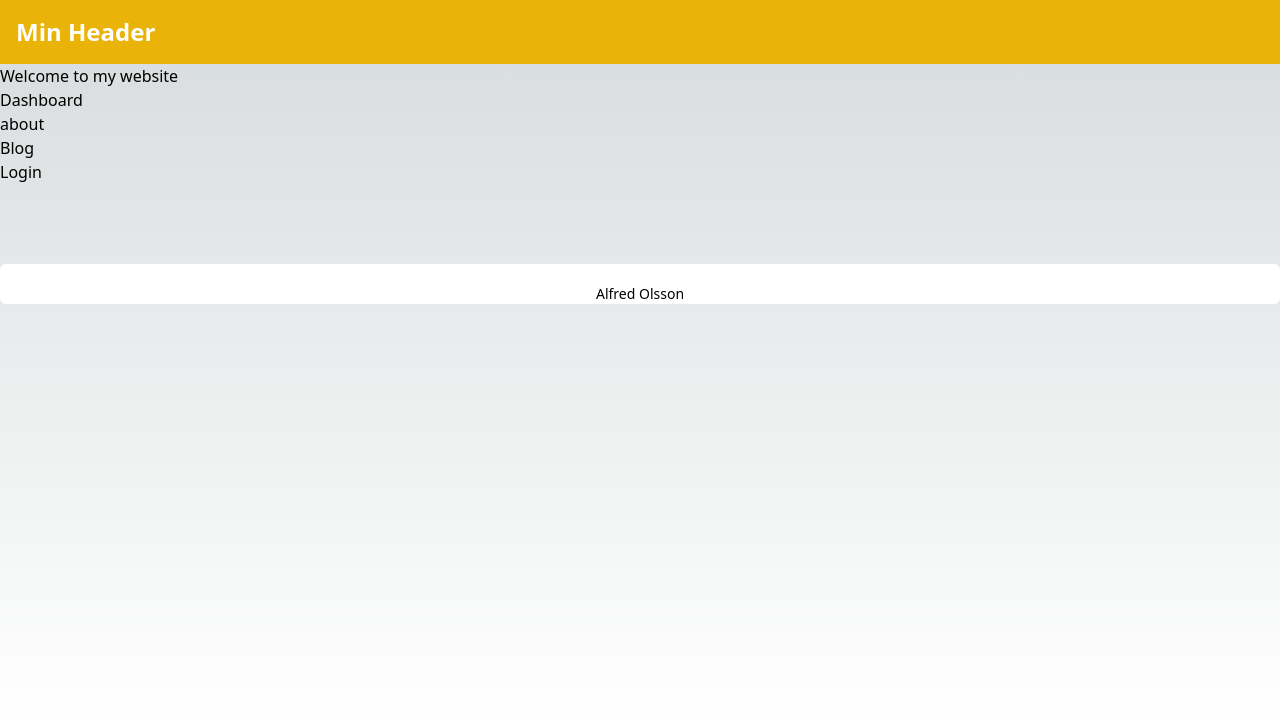
Repository: AlligatorAffe/NextWebsite
Page: /
These files come from the project's save history. The page is drawn as it stood at one moment and after the next save; the edit follows.
The browser window is 1280 px wide. The pictures show the whole page.
The project was rebuilt for these pictures with package versions that can differ from the ones it lists, and the page was loaded fresh each time. The framework's server and built-in components were replaced by stand-ins that run in the browser. Also part of the build but not shown: next.config.js.

Above is the page before, as saved 2024-01-04 21:28:33.

### app/layout.tsx
import './globals.css'
import { Metadata } from 'next'





export const metadata: Metadata = {
  title: 'Home',
  description: 'Welcome to Next.js',
}

/**
 *
 *
 *
 *
 *
 *

const inter = Inter({ subsets: ['latin'] })

export const metadata: Metadata = {
  title: 'Create Next App',
  description: 'Generated by create next app',
}

export default function RootLayout({
  children,
}: {
  children: React.ReactNode
}) {
  return (
    <html lang="en">
      <body>{children}</body>
    </html>
  )
}

 */

export default function RootLayout({
  // Layouts must accept a children prop.
  // This will be populated with nested layouts or pages
  children,
}: {
  children: React.ReactNode
}) {
  return (
    <html lang="en">
      <body>
        <div className="flex flex-col min-h-screen">
          <header className="bg-yellow-500 p-4">
            <h1 className="text-2xl font-bold text-white">Min Header</h1>
          </header>
          {children}
          <div className='pt-20'>
            <footer className='bg-white rounded-md pt-5'>
              <h3 className='text-black text-center text-sm align-middle'>Alfred Olsson</h3>
            </footer>
          </div>
        </div>
      </body>
    </html>
  )
}

### app/template.tsx



export default function Template({ children }: { children: React.ReactNode }) {
    return <div>{children}</div>
  }

### app/page.tsx
import Image from 'next/image'
import { Metadata } from 'next'
import Link from 'next/link'

/*
export default function Page() {
  return <div >
      <h1 >
        Welcome to my website
      </h1>
    </div>

}
*/


export const metadata: Metadata = {
  title: 'My Page Title',
}

export default function Page() {
  return <div >
  <h1 >
    Welcome to my website
  </h1>
  <p>   <Link href="/dashboard">Dashboard</Link></p>
  <p>   <Link href="/about">about</Link></p>
  <p>   <Link href="/blogpost">Blog</Link></p>
  <p>   <Link href="/login">Login</Link></p>
</div>
}

Loaded but not shown: app/globals.css (common file); tailwind.config.ts (common file)

After the next save:
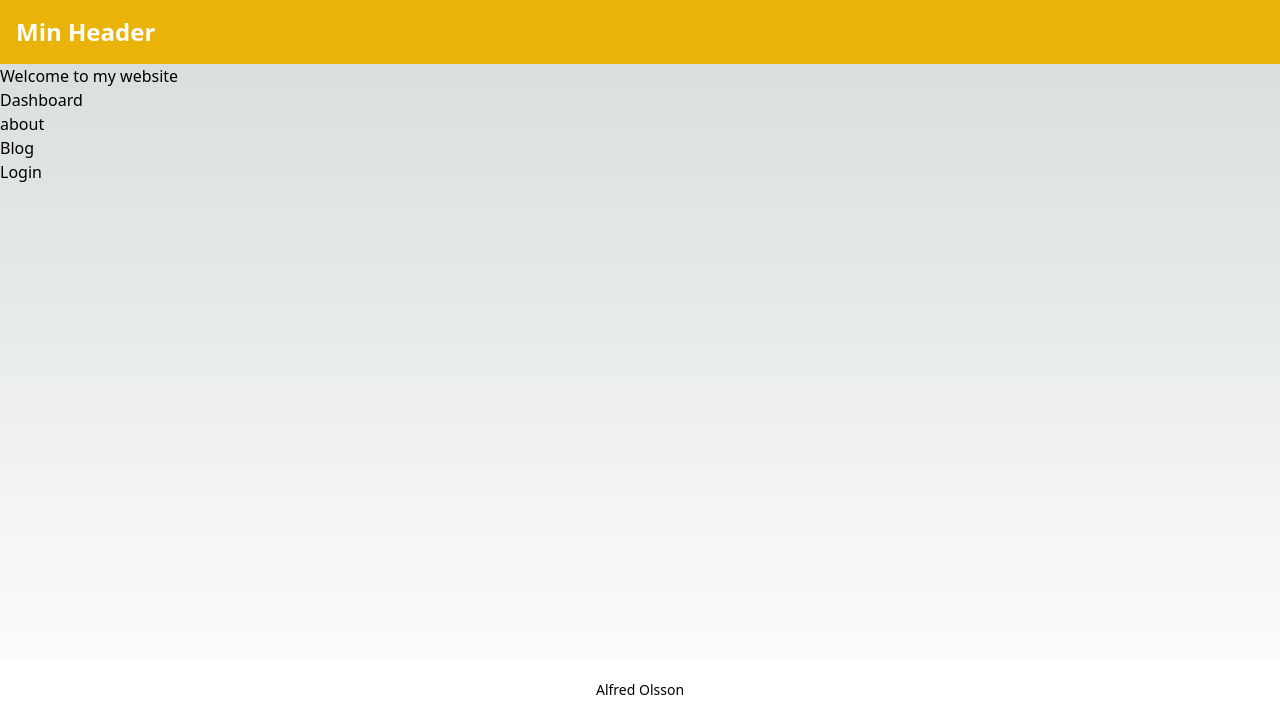
Saved 60 s later.
--- a/app/layout.tsx
+++ b/app/layout.tsx
@@ -48,19 +48,18 @@ export default function RootLayout({
 }) {
   return (
     <html lang="en">
-      <body>
-        <div className="flex flex-col min-h-screen">
+      <body className="flex flex-col min-h-screen">
+        <div className="flex-grow">
           <header className="bg-yellow-500 p-4">
             <h1 className="text-2xl font-bold text-white">Min Header</h1>
           </header>
           {children}
-          <div className='pt-20'>
-            <footer className='bg-white rounded-md pt-5'>
-              <h3 className='text-black text-center text-sm align-middle'>Alfred Olsson</h3>
-            </footer>
-          </div>
         </div>
+        <footer className="bg-white rounded-md p-5">
+          <h3 className="text-black text-center text-sm">Alfred Olsson</h3>
+        </footer>
       </body>
     </html>
+
   )
 }
